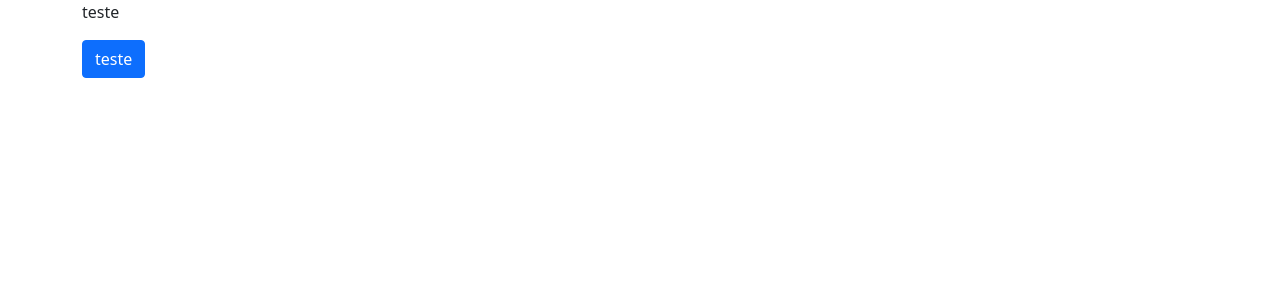
Repository: telesbp/Projeto-4-e-Projeto-5
Page: / (app in front-end/)
These files come from the project's save history. The page is drawn as it stood at one moment and after the next save; the edit follows.
The browser window is 1280 px wide. The pictures show the whole page.
The project was rebuilt for these pictures with package versions that can differ from the ones it lists, and the page was loaded fresh each time.

Above is the page before, as saved 2022-07-17 13:05:55.

### front-end/public/index.html
<!DOCTYPE html>
<html lang="pt-BR">
  <head>
    <meta charset="utf-8" />
    <link rel="icon" href="%PUBLIC_URL%/favicon.ico" />
    <meta name="viewport" content="width=device-width, initial-scale=1" />
    <meta name="theme-color" content="#000000" />
    <meta
      name="description"
      content="Seu negócio automatizado!"
    />
    <link rel="apple-touch-icon" href="%PUBLIC_URL%/logo192.png" />
    <!--
      manifest.json provides metadata used when your web app is installed on a
      user's mobile device or desktop. See https://developers.google.com/web/fundamentals/web-app-manifest/
    -->
    <link rel="manifest" href="%PUBLIC_URL%/manifest.json" />
    <!--
      Notice the use of %PUBLIC_URL% in the tags above.
      It will be replaced with the URL of the `public` folder during the build.
      Only files inside the `public` folder can be referenced from the HTML.

      Unlike "/favicon.ico" or "favicon.ico", "%PUBLIC_URL%/favicon.ico" will
      work correctly both with client-side routing and a non-root public URL.
      Learn how to configure a non-root public URL by running `npm run build`.
    -->
    <title>Stagio</title>
  </head>
  <body>
    <noscript>You need to enable JavaScript to run this app.</noscript>
    <div id="root"></div>
    <!--
      This HTML file is a template.
      If you open it directly in the browser, you will see an empty page.

      You can add webfonts, meta tags, or analytics to this file.
      The build step will place the bundled scripts into the <body> tag.

      To begin the development, run `npm start` or `yarn start`.
      To create a production bundle, use `npm run build` or `yarn build`.
    -->
  </body>
</html>

### front-end/src/index.tsx
import React from 'react';
import ReactDOM from 'react-dom/client';
import App from './App';
import 'bootstrap/dist/css/bootstrap.min.css';

const root = ReactDOM.createRoot(
  document.getElementById('root') as HTMLElement
);
root.render(
  <React.StrictMode>
    <App />
  </React.StrictMode>
);

### front-end/src/App.tsx
import { Button, Container } from "react-bootstrap";
import styled  from "styled-components";

function App() {
  return (
    <ContainerStyled>
      <p>teste</p>
      <Button>teste</Button>
    </ContainerStyled>
  );
}

export default App;

const ContainerStyled = styled(Container)`
backgroud-color: blue;
`

After the next save:
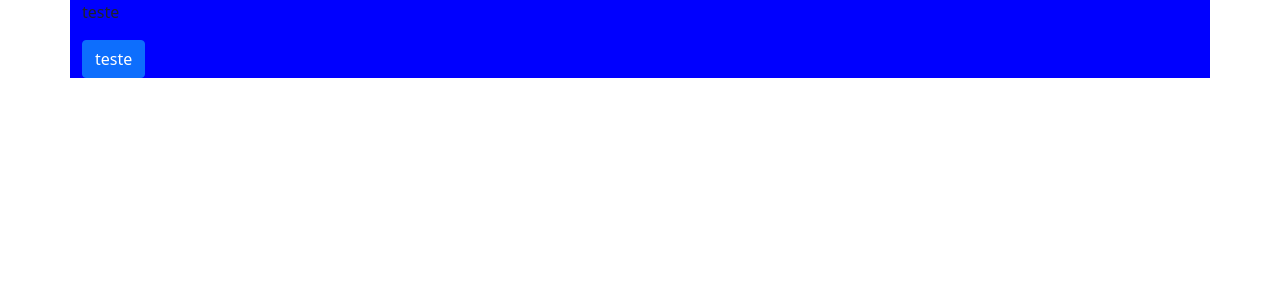
Saved 106 s later.
--- a/front-end/src/App.tsx
+++ b/front-end/src/App.tsx
@@ -13,5 +13,5 @@ function App() {
 export default App;
 
 const ContainerStyled = styled(Container)`
-backgroud-color: blue;
+background-color: blue;
 `
